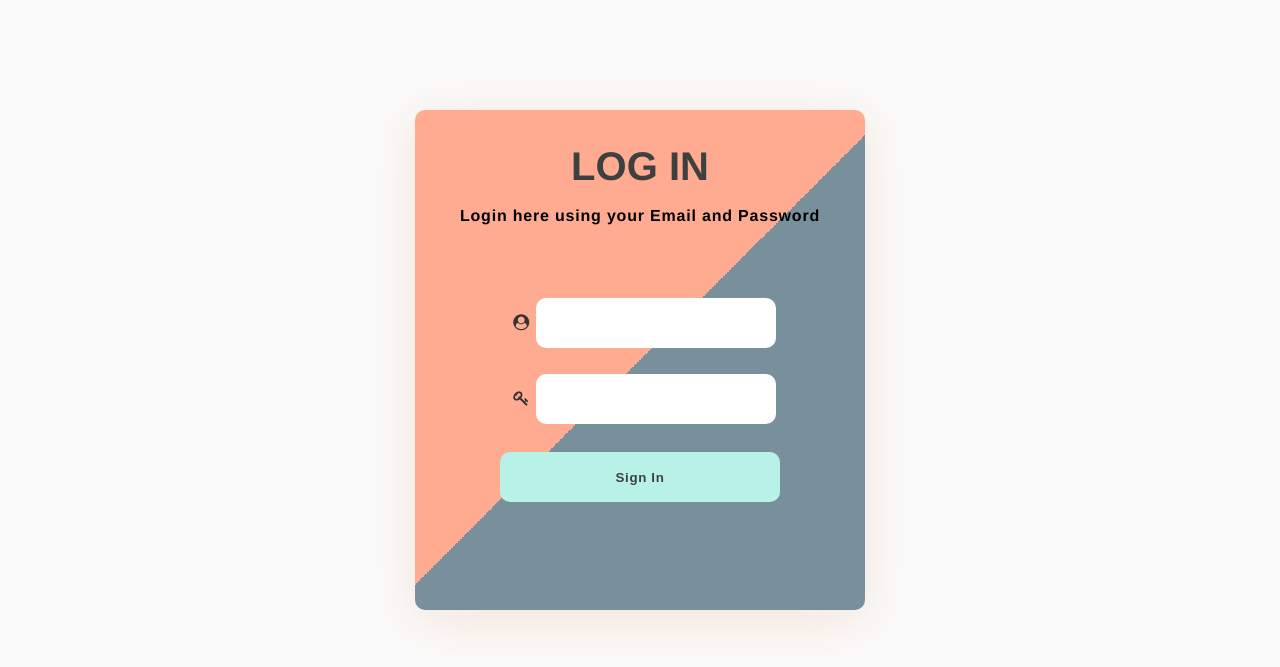
Repository: DhanushPrabha22/Zoho-Mini-Project
Page: http://localhost/ToDo_List/
The author's editor kept a copy of each file at every save. The page is drawn from the files as they stood at one save, then again after the next save.
The browser window is 1280 px wide. The pictures show the whole page.
Some web libraries are served in a nearby version. The page is served by Tomcat 9.

Above is the page before, as saved 2021-03-17 05:53:17.

After the next save:
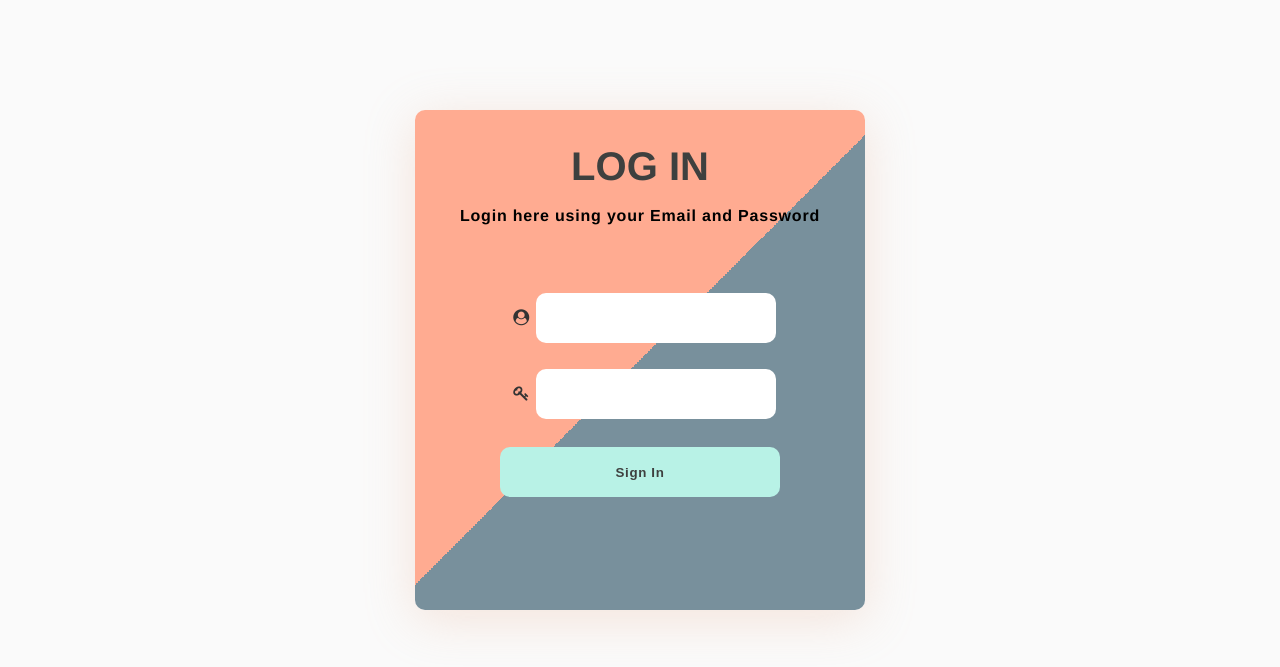
Saved 9 s later.
--- a/Todo Eclipse/ToDo_List/WebContent/styles/sign_in.css
+++ b/Todo Eclipse/ToDo_List/WebContent/styles/sign_in.css
@@ -29,7 +29,7 @@ body {
 }
 
 .field-set{
-	margin-top: -10px;
+	margin-top: -15px;
 }
 
 
